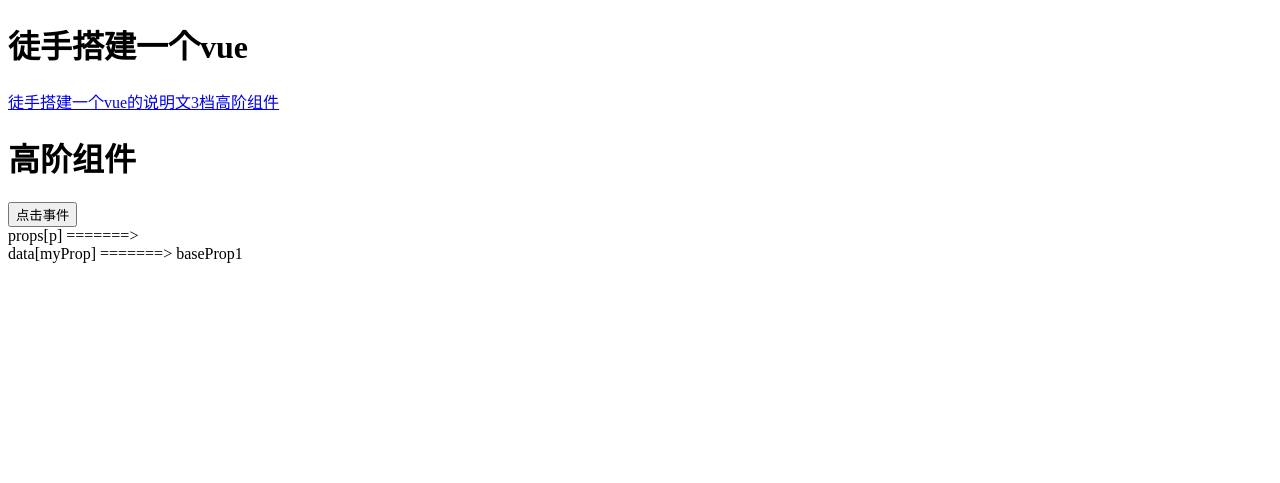
Repository: yuWhy/vue-build-cli
Page: /#/hightOrderComponents
These files come from the project's save history. The page is drawn as it stood at one moment and after the next save; the edit follows.
The browser window is 1280 px wide. The pictures show the whole page.
The project was rebuilt for these pictures with package versions that can differ from the ones it lists, and the page was loaded fresh each time. Also part of the build but not shown: webpack.config.js, src/router/index.js.

Above is the page before, as saved 2021-02-22 09:36:06.

### index.html
<!DOCTYPE html>
<html lang="en">

<head>
  <meta charset="utf-8">
  <meta http-equiv="X-UA-Compatible" content="IE=edge">
  <meta name="viewport" content="width=device-width,initial-scale=1.0">
</head>

<body>
  <div id="app"></div>
</body>

</html>

### src/main.js
import Vue from 'vue'
import App from "./App.vue"
import router from './router/index.js'

new Vue({
  el: '#app',
  router,
  render: h => h(App)
})

### src/App.vue
<template>
  <div id="app">
    <h1>{{msg}}</h1>
    <router-link to="vueBuild">徒手搭建一个vue的说明文3档</router-link>
    <router-link to="hightOrderComponents">高阶组件</router-link>
    <router-view></router-view>
  </div>
</template>

<script>
export default {
  name: 'App',
  data() {
    return {
      msg: '徒手搭建一个vue'
    }
  }
}
</script>

### src/pages/HightOrderComponents/index.vue
<template>
  <div>
    <h1>高阶组件</h1>
    <baseComp></baseComp>
  </div>
</template>

<script>
import baseComp from './components/baseComp.vue'
export default {
  name: 'hightOrderComponents',
  components: { baseComp },
}
</script>

### src/pages/HightOrderComponents/components/baseComp.vue
<template>
  <div>
    <button @click="$emit('handle-click')">点击事件</button><br>
    props[p] =======> {{p}} <br>
    data[myProp] =======> {{myProp}}<br><br>
    <slot /><br>
    <slot name="sname" />
  </div>
</template>
<script>
export default {
  props: ['p'],
  components: {},
  data() {
    return {
      myProp: 'baseProp1'
    }
  },
  created() {},
  methods: {},
  mounted() {},
  computed: {}
}
</script>

### src/pages/HightOrderComponents/components/hoc.js
export default function Wrapper(baseComp) {
  return {
    data() {
      return {}
    },
    mounted() {},
    render(h) {
      return h(baseComp, {})
    }
  }
}

After the next save:
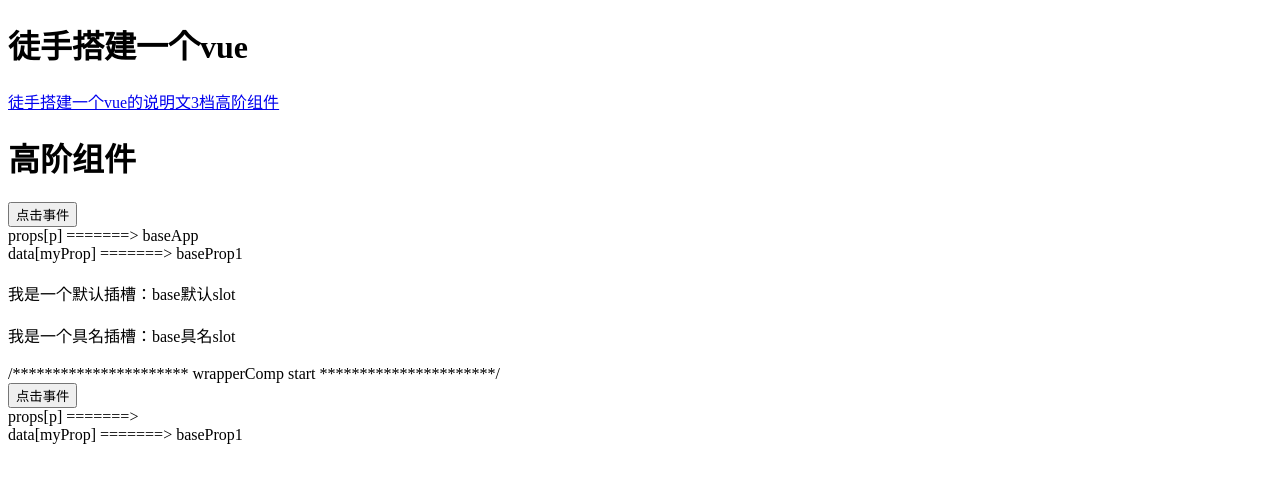
Saved 5 min 3 s later.
--- a/src/pages/HightOrderComponents/index.vue
+++ b/src/pages/HightOrderComponents/index.vue
@@ -1,14 +1,30 @@
 <template>
   <div>
     <h1>高阶组件</h1>
-    <baseComp></baseComp>
+    <baseComp @handle-click="handle" p="baseApp">
+      <div>我是一个默认插槽：base默认slot</div>
+      <template v-slot:sname>
+        <div>我是一个具名插槽：base具名slot</div>
+      </template>
+    </baseComp>
+     <br />
+    /********************** wrapperComp start **********************/
+    <br />
+    <wrapperComp @handle-click="handle" p="wrapperApp">
+      <div>我是一个默认插槽：wrappe默认slot</div>
+      <template v-slot:sname>
+        <div>我是一个具名插槽：wrappe具名slot</div>
+      </template>
+    </wrapperComp>
   </div>
 </template>
 
 <script>
 import baseComp from './components/baseComp.vue'
+import hoc from './components/hoc.js'
+const wrapperComp = hoc(baseComp)
 export default {
   name: 'hightOrderComponents',
-  components: { baseComp },
+  components: { baseComp, wrapperComp },
 }
 </script>
